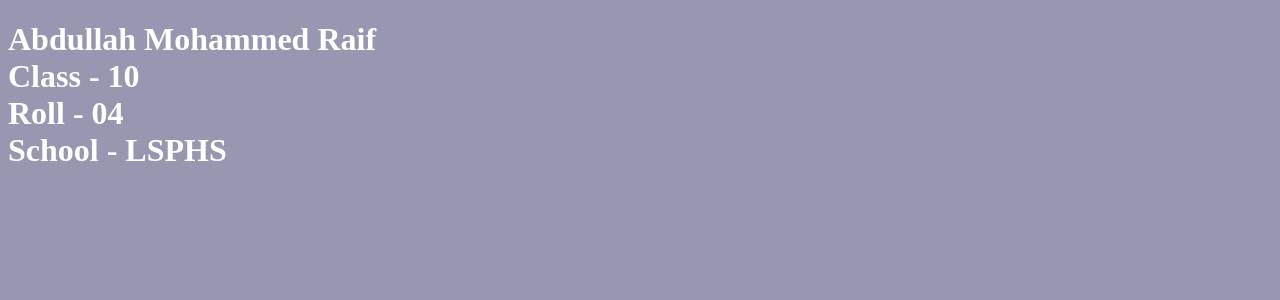
Repository: Raif-007/Portfolio
Page: index.html
The author's editor kept a copy of each file at every save. The page is drawn from the files as they stood at one save, then again after the next save.
The browser window is 1280 px wide. The pictures show the whole page.

Above is the page before, as saved 2021-07-05 17:05:07.

### index.html
<!DOCTYPE html>
<html lang="en">

<head>
    <meta charset="UTF-8">
    <meta http-equiv="X-UA-Compatible" content="IE=edge">
    <meta name="viewport" content="width=device-width, initial-scale=1.0">
    <title>Portfolio</title>
    <link rel="stylesheet" href="styles.css">
</head>

<body>
    <h1>

        Abdullah Mohammed Raif
        <br> Class - 10
        <br> Roll - 04
        <br> School - LSPHS



    </h1>
</body>

</html>

### styles.css
body {
    background-color: rgba(54, 54, 105, 0.514);
    color: #ffffff;
}

After the next save:
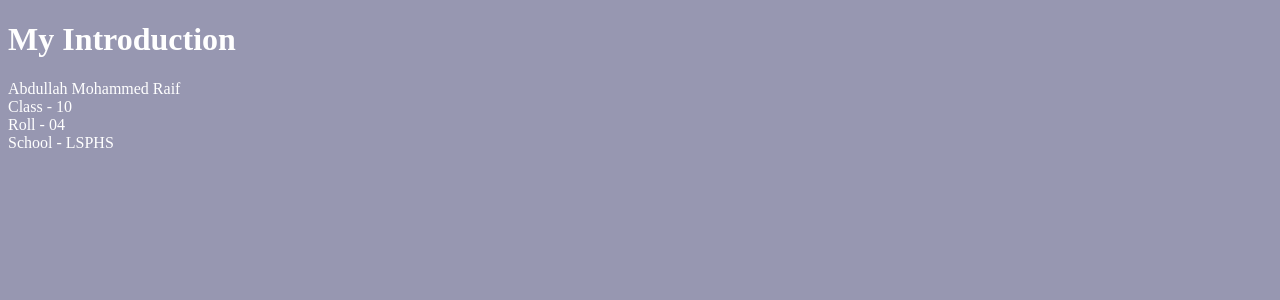
Saved 59 s later.
--- a/index.html
+++ b/index.html
@@ -10,7 +10,11 @@
 </head>
 
 <body>
+
     <h1>
+        My Introduction
+    </h1>
+    <p>
 
         Abdullah Mohammed Raif
         <br> Class - 10
@@ -19,7 +23,7 @@
 
 
 
-    </h1>
+    </p>
 </body>
 
 </html>
